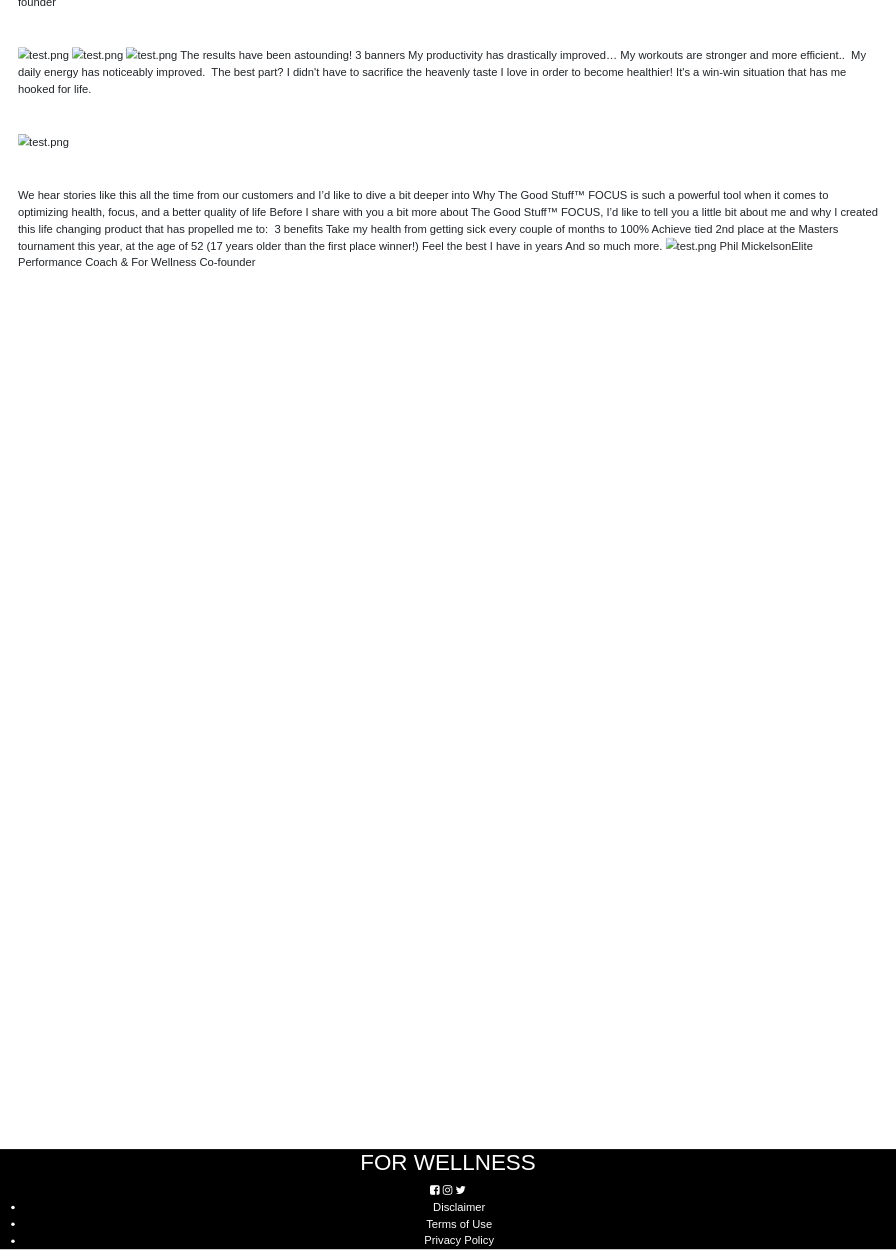
Repository: dariusprince90/wellness-landing
Page: index.html
An editor plug-in stored every save of this project. The page is shown before and after the next save, followed by the edit.
The browser window is 1280 px wide. The pictures show the part of the page from y = 1062 to 2982 px (the page is 2862 px tall before and 2982 px after), at 70% of full size.

Above is the page before, as saved 2023-07-25 15:50:22.

After the next save:
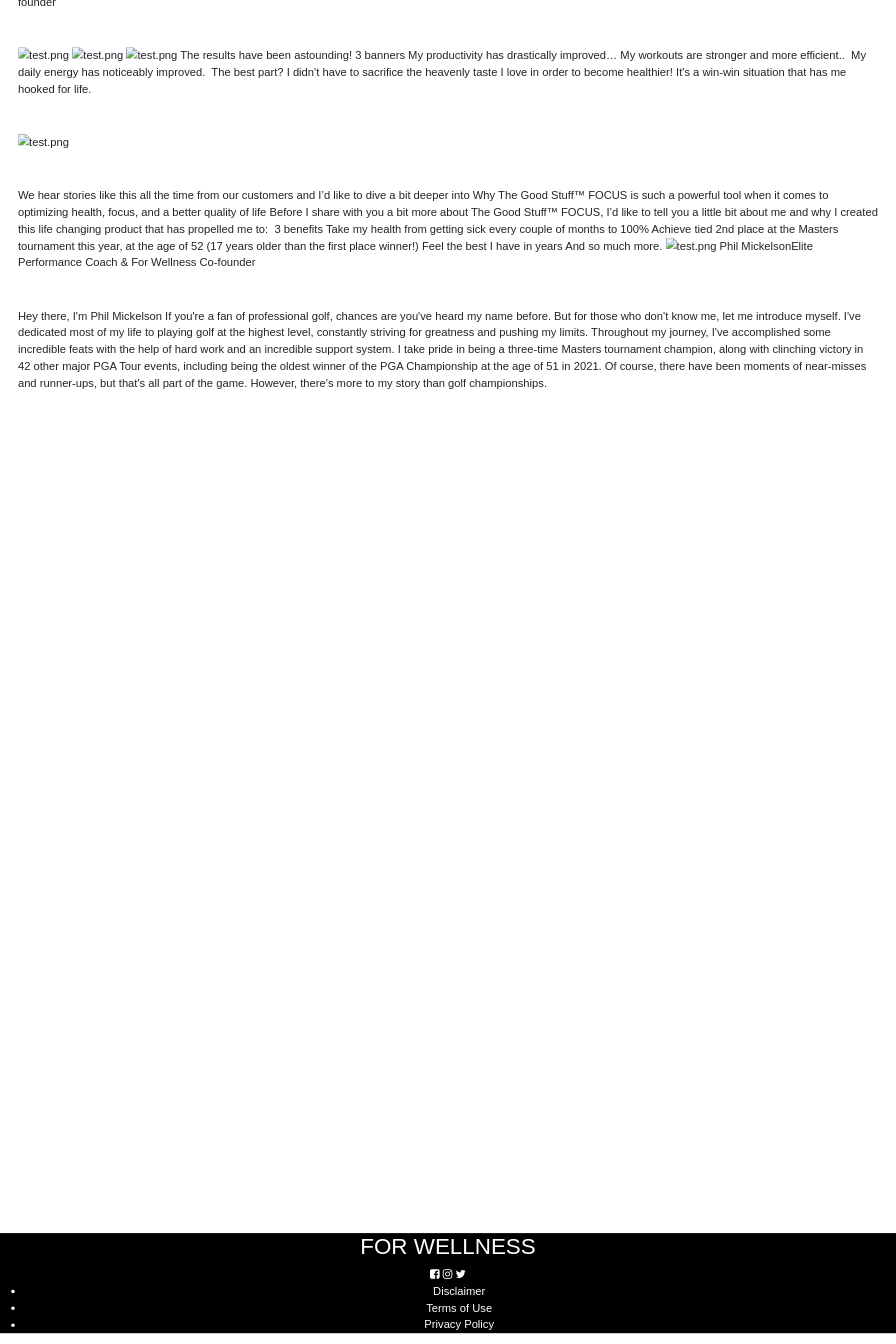
Saved 99 s later.
--- a/index.html
+++ b/index.html
@@ -219,7 +219,24 @@
 Phil MickelsonElite Performance Coach
 & For Wellness Co-founder
     </section>
-    <section class="s-00#-text">
+
+    <section class="s-010-text">
+        Hey there, I'm Phil Mickelson
+
+
+If you're a fan of professional golf, chances are you've heard my name before.
+
+But for those who don't know me, let me introduce myself.
+
+I've dedicated most of my life to playing golf at the highest level, constantly striving for greatness and pushing my limits.
+
+Throughout my journey, I've accomplished some incredible feats with the help of hard work and an incredible support system.
+
+I take pride in being a three-time Masters tournament champion, along with clinching victory in 42 other major PGA Tour events, including being the oldest winner of the PGA Championship at the age of 51 in 2021.
+
+Of course, there have been moments of near-misses and runner-ups, but that's all part of the game.
+
+However, there's more to my story than golf championships.
     </section>
 
     <section class="s-00#-text">
